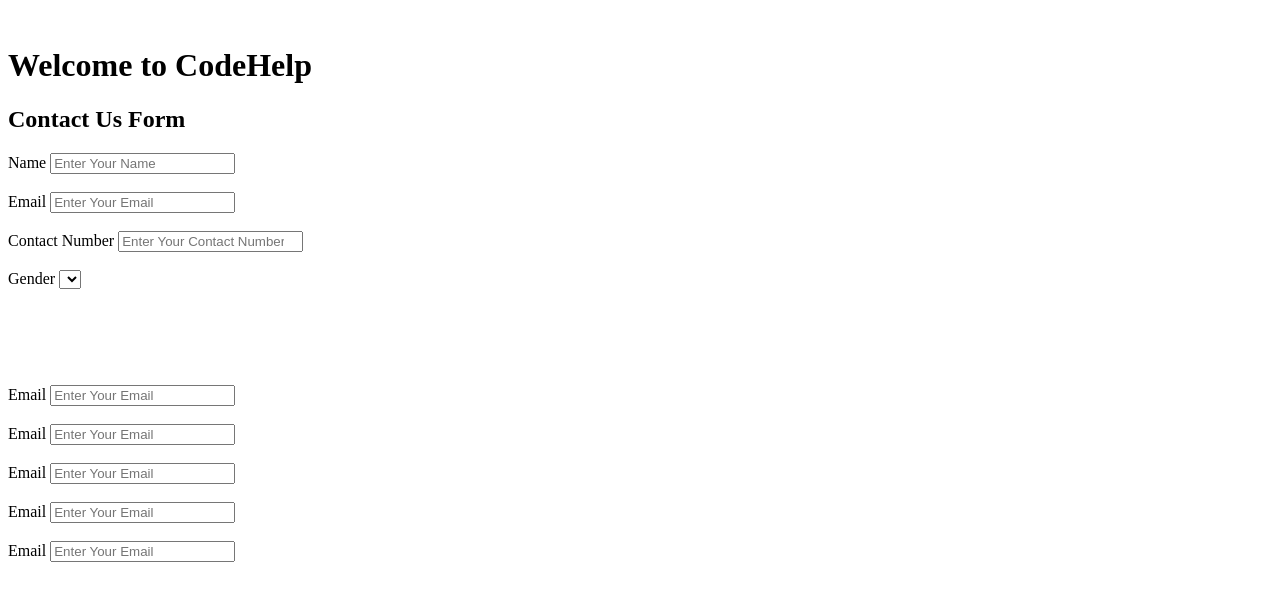
Repository: shoaib-1729/Web-Dev-Course_Dot-Batch_Love-Babbar
Page: 02_HTML Session Basics-to-Pro Level/03_HTML-Basics-Session-III/03_Code-Practice-Session-3/formsPractice.html
These files come from the project's save history. The page is drawn as it stood at one moment and after a run of saves; the edit follows.
The browser window is 1280 px wide. The pictures show the whole page.

Above is the page before, as saved 2023-07-29 16:18:38.

After the next 2 saves:
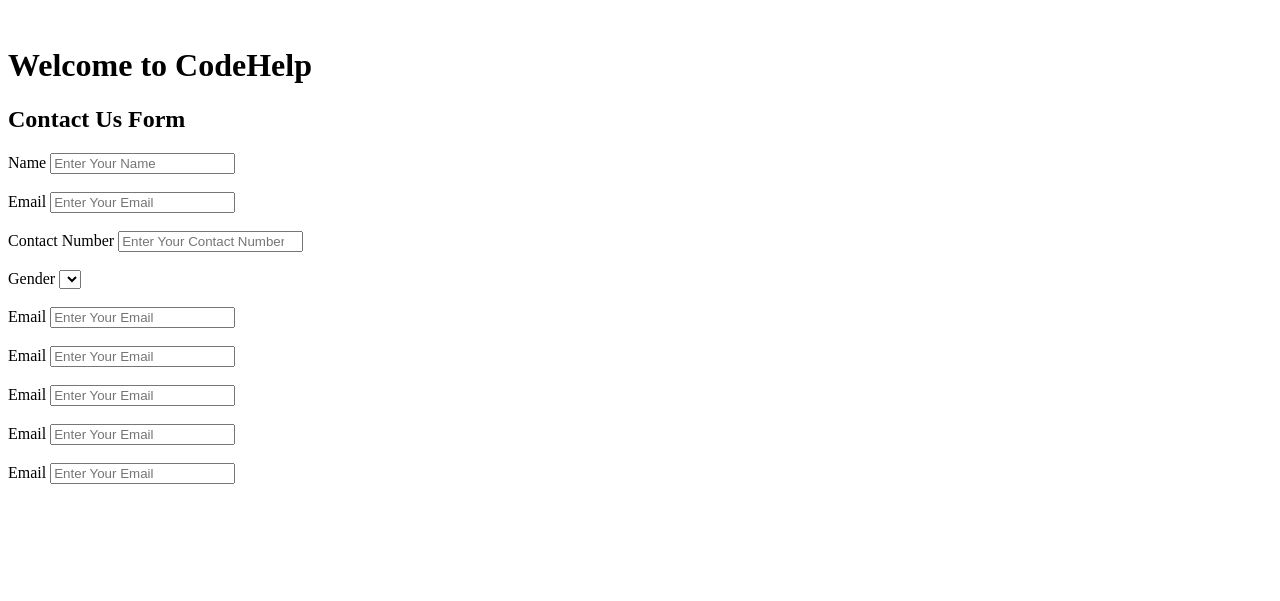
The 2 saves are shown as one change because they came seconds apart.
The last was saved 52 s later.
--- a/02_HTML Session Basics-to-Pro Level/03_HTML-Basics-Session-III/03_Code-Practice-Session-3/formsPractice.html
+++ b/02_HTML Session Basics-to-Pro Level/03_HTML-Basics-Session-III/03_Code-Practice-Session-3/formsPractice.html
@@ -30,11 +30,11 @@
 
 
     <label for="gender">Gender</label>
-    <select name="gender" id="gender"></select>
+    <select name="gender" id="gender">
     <option value="Male"></option>
     <option value="Female"></option>
     <option value="Others"></option>
-
+    </select>
     </br>
     </br>
 
